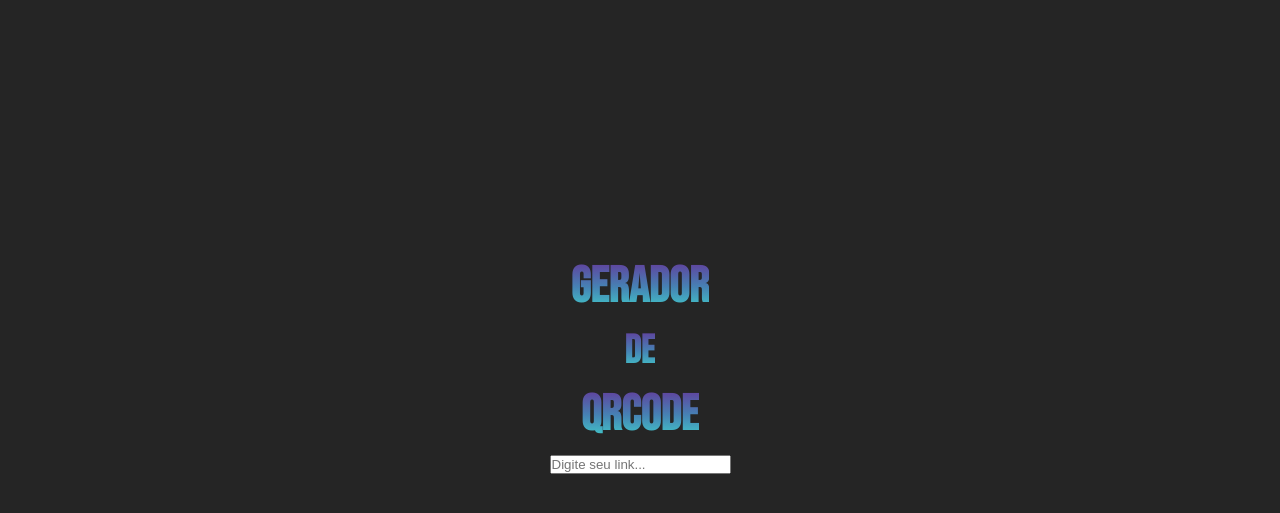
Repository: odiloalmeida/qrcode-generator
Page: /
The author's editor kept a copy of each file at every save. The page is drawn from the files as they stood at one save, then again after the next save.
The browser window is 1280 px wide. The pictures show the whole page.
The project was rebuilt for these pictures with package versions that can differ from the ones it lists, and the page was loaded fresh each time. Also part of the build but not shown: vite.config.js.

Above is the page before, as saved 2022-11-22 18:50:06.

After the next save:
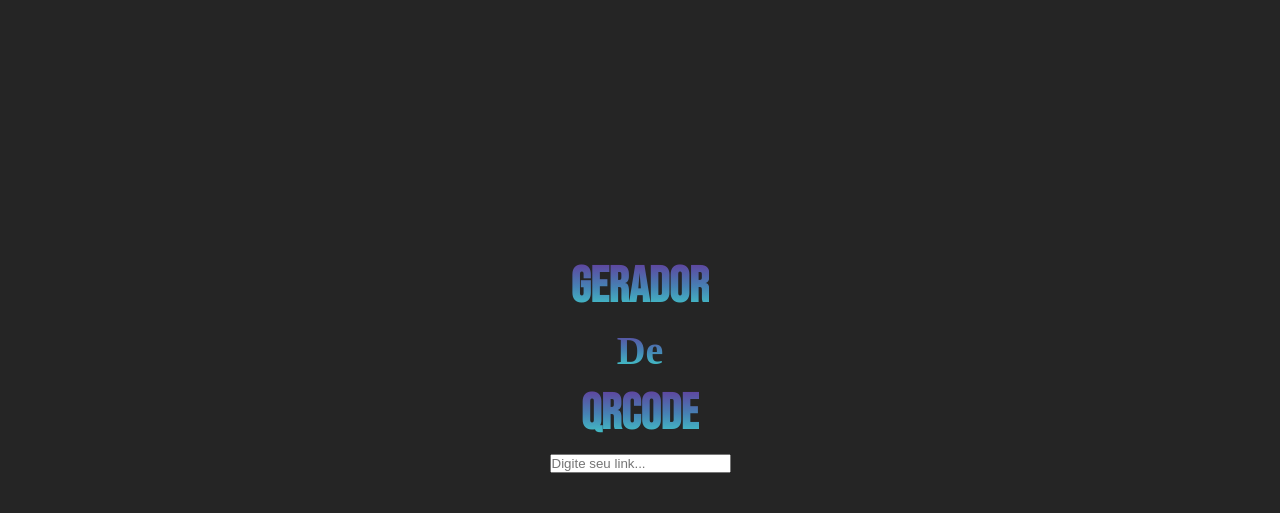
Saved 18 s later.
--- a/src/App.css
+++ b/src/App.css
@@ -36,6 +36,4 @@
   -webkit-background-clip: text;
   -webkit-text-fill-color: transparent;
   color: black;
-  font-family: 'Bebas Neue', cursive;
-
 }
